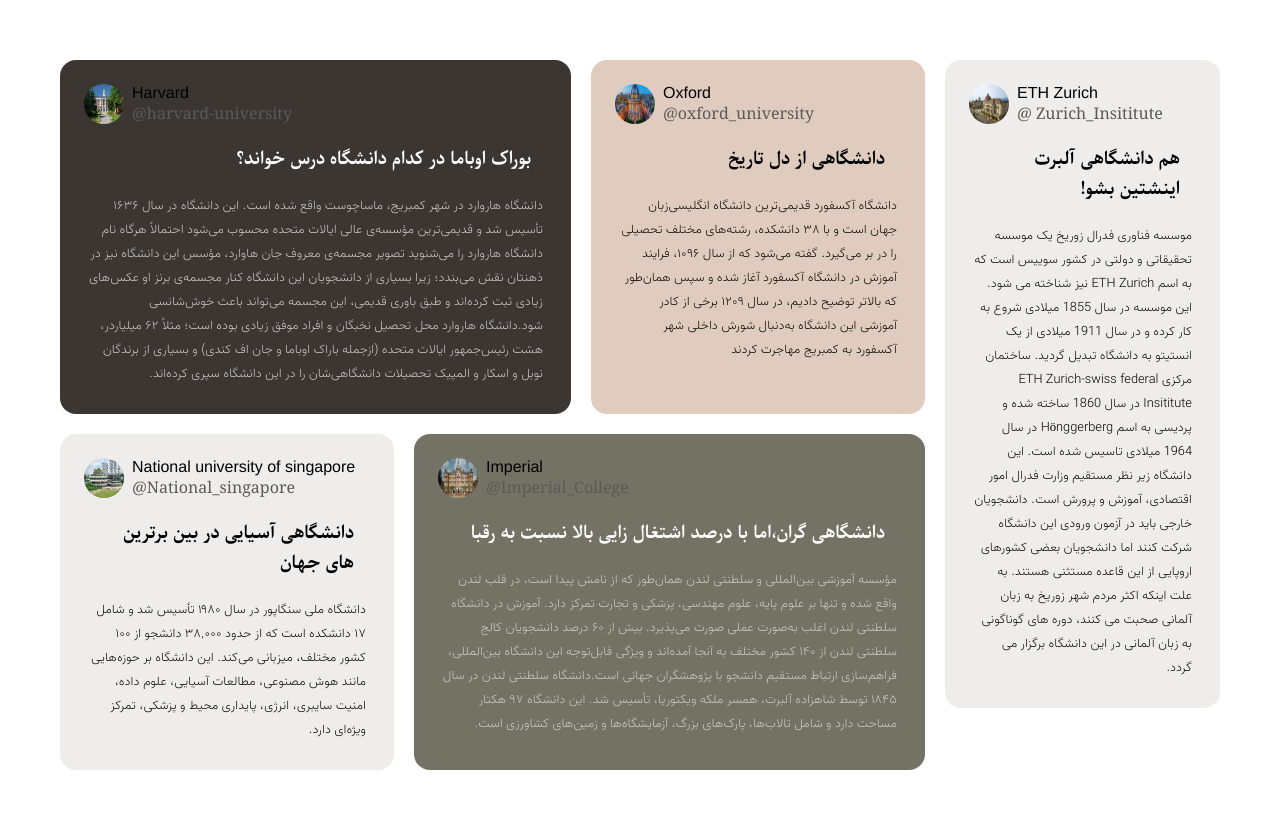
Repository: rahanwz/cards
Page: cards.html
An editor plug-in stored every save of this project. The page is shown before and after the next save, followed by the edit.
The browser window is 1280 px wide. The pictures show the whole page.

Above is the page before, as saved 2024-02-17 16:59:21.

### cards.html
<!DOCTYPE html>
<html lang="en">
  <head>
    <meta charset="UTF-8" />
    <meta name="viewport" content="width=device-width, initial-scale=1.0" />
    <title>Document</title>
    <link rel="stylesheet" href="cards.css" />
  </head>
  <body>
    <div class="container">
      <div class="boxcard1">
        <div class="cardcontainer big-card">
          <div class="card1">
            <div class="head">
              <div class="profile">
                <div class="profilecontaner">
                  <img
                    src="harvard-university-6591e0b9df73096be8d614ee.webp"
                    alt=""
                  />
                </div>
              </div>

              <div>
                <div class="user">Harvard</div>
                <div class="id">@harvard-university</div>
              </div>
            </div>
            <div class="descrip1" style="color: #ffffff;">بوراک اوباما در کدام دانشگاه درس خواند؟</div>
            <div class="descrip2" style=" color: #d0d0d0;">
              دانشگاه هاروارد در شهر کمبریج، ماساچوست واقع شده است. این دانشگاه
              در سال ۱۶۳۶ تأسیس شد و قدیمی‌ترین مؤسسه‌ی عالی ایالات متحده محسوب
              می‌شود احتمالاً هرگاه نام دانشگاه هاروارد را می‌شنوید تصویر
              مجسمه‌ی معروف جان هاوارد، مؤسس این دانشگاه نیز در ذهنتان نقش
              می‌بندد؛ زیرا بسیاری از دانشجویان این دانشگاه کنار مجسمه‌ی برنز او
              عکس‌های زیادی ثبت کرده‌اند و طبق باوری قدیمی، این مجسمه می‌تواند
              باعث خوش‌شانسی شود.دانشگاه هاروارد محل تحصیل نخبگان و افراد موفق
              زیادی بوده است؛ مثلاً ۶۲ میلیاردر، هشت‌ رئیس‌جمهور ایالات متحده
              (ازجمله باراک اوباما و جان اف کندی) و بسیاری از برندگان نوبل و
              اسکار و المپیک تحصیلات دانشگاهی‌شان را در این دانشگاه سپری
              کرده‌اند.
            </div>
          </div>
        </div>

        <div class="cardcontainer small-card">
          <div class="card2">
            <div class="head">
              <div class="profile">
                <div class="profilecontaner">
                  <img
                    src="oxford-university-jpg-6591b422df73096be8d6145c.webp"
                    alt=""
                  />
                </div>
              </div>
              <div>
                <div class="user">Oxford</div>
                <div class="id">@oxford_university</div>
              </div>
            </div>
            <div class="descrip1">دانشگاهی از دل تاریخ</div>
            <div class="descrip2">
              دانشگاه آکسفورد قدیمی‌ترین دانشگاه انگلیسی‌زبان جهان است و با ۳۸
              دانشکده، رشته‌های مختلف تحصیلی را در بر می‌گیرد. گفته می‌شود که از
              سال ۱۰۹۶، فرایند آموزش در دانشگاه آکسفورد آغاز شده و سپس همان‌طور
              که بالاتر توضیح دادیم، در سال ۱۲۰۹ برخی از کادر آموزشی این دانشگاه
              به‌دنبال شورش داخلی شهر آکسفورد به کمبریج مهاجرت کردند
            </div>
          </div>
        </div>

        <div class="cardcontainer small-card">
          <div class="card3">
            <div class="head">
              <div class="profile">
                <div class="profilecontaner">
                  <img src="nus-6591f1acdf73096be8d61515.webp" alt="" />
                </div>
              </div>

              <div>
                <div class="user">National university of singapore</div>
                <div class="id">@National_singapore</div>
              </div>
            </div>
            <div class="descrip1">دانشگاهی آسیایی در بین برترین های جهان</div>
            <div class="descrip2">
              دانشگاه ملی سنگاپور در سال ۱۹۸۰ تأسیس شد و شامل ۱۷ دانشکده‌ است که
              از حدود ۳۸٬۰۰۰ دانشجو از ۱۰۰ کشور مختلف، میزبانی می‌کند. این
              دانشگاه بر حوزه‌هایی مانند هوش مصنوعی، مطالعات آسیایی، علوم داده،
              امنیت سایبری، انرژی، پایداری محیط و پزشکی، تمرکز ویژه‌ای دارد.
            </div>
          </div>
        </div>
        <div class="cardcontainer big-card">
          <div class="card4">
            <div class="head">
              <div class="profile">
                <div class="profilecontaner">
                  <img
                    src="imperial-college-london-6591e911df73096be8d614fb.webp"
                    alt=""
                  />
                </div>
              </div>

              <div>
                <div class="user">Imperial</div>
                <div class="id">@Imperial_College</div>
              </div>
            </div>
            <div class="descrip1" style="color: #ffffff;">
              دانشگاهی گران،اما با درصد اشتغال زایی بالا نسبت به رقبا
            </div>
            <div class="descrip2" style="color: #cfcfcf;">
              مؤسسه آموزشی بین‌المللی و سلطنتی لندن همان‌طور که از نامش پیدا
              است، در قلب لندن واقع شده و تنها بر علوم پایه، علوم مهندسی، پزشکی
              و تجارت تمرکز دارد. آموزش در دانشگاه سلطنتی لندن اغلب به‌صورت عملی
              صورت می‌پذیرد. بیش از ۶۰ درصد دانشجویان کالج سلطنتی لندن از ۱۴۰
              کشور مختلف به آنجا آمده‌اند و ویژگی قابل‌توجه این دانشگاه
              بین‌المللی، فراهم‌سازی ارتباط مستقیم دانشجو با پژوهشگران جهانی
              است.دانشگاه سلطنتی لندن در سال ۱۸۴۵ توسط شاهزاده آلبرت، همسر ملکه
              ویکتوریا، تأسیس شد. این دانشگاه ۹۷ هکتار مساحت دارد و شامل
              تالاب‌ها، پارک‌های بزرگ، آزمایشگاه‌ها و زمین‌های کشاورزی است.
            </div>
          </div>
        </div>
      </div>
      <div class="boxcard2">
        <div class="cardcontainer">
          <div class="card5">
            <div class="head">
              <div class="profile">
                <div class="profilecontaner">
                  <img src="zurich-eth-6591f083df73096be8d6150c.webp" alt="" />
                </div>
              </div>

              <div>
                <div class="user">ETH Zurich</div>
                <div class="id">@ Zurich_Insititute</div>
              </div>
            </div>
            <div class="descrip1" ">هم دانشگاهی آلبرت اینشتین بشو!</div>
            <div class="descrip2">
              موسسه فناوری فدرال زوریخ یک موسسه تحقیقاتی و دولتی در کشور سوییس
              است که به اسم ETH Zurich نیز شناخته می شود. این موسسه در سال 1855
              میلادی شروع به کار کرده و در سال 1911 میلادی از یک انستیتو به
              دانشگاه تبدیل گردید. ساختمان مرکزی ETH Zurich-swiss federal
              Insititute در سال 1860 ساخته شده و پردیسی به اسم Hönggerberg در
              سال 1964 میلادی تاسیس شده است. این دانشگاه زیر نظر مستقیم وزارت
              فدرال امور اقتصادی، آموزش و پرورش است. دانشجویان خارجی باید در
              آزمون ورودی این دانشگاه شرکت کنند اما دانشجویان بعضی کشورهای
              اروپایی از این قاعده مستثنی هستند. به علت اینکه اکثر مردم شهر
              زوریخ به زبان آلمانی صحبت می کنند، دوره های گوناگونی به زبان
              آلمانی در این دانشگاه برگزار می گردد.
            </div>
          </div>
        </div>
      </div>
    </div>
  </body>
</html>

### cards.css
* {
  padding: 0;
  margin: 0;
  box-sizing: border-box;
}

.container {
  display: flex;
  flex-direction: column;
  width: 100%;
  height: auto;
  padding: 3rem 2.5rem;
}

.head {
  display: flex;
}

.cardcontainer {
  width: 100%;
  padding: 10px;
}

.card1 {
  background-color: #3c3633;
  padding: 1.5rem;
  border-radius: 1rem;
}
.profile img {
  width: 40px;
  height: 40px;
  margin-right: 0.5rem;
  border-radius: 50%;
}

.descrip {
  padding-top: 1.5rem;
}

.card2 {
  background-color: #e0ccbe;
  padding: 1.5rem;
  border-radius: 1rem;
}
.card3 {
  background-color: #eeedeb;
  padding: 1.5rem;
  border-radius: 1rem;
}
.card4 {
  padding: 1.5rem;
  border-radius: 1rem;
  background-color: #747264;
}

.card5 {
  background-color: #eeedeb;
  padding: 1.5rem;
  border-radius: 1rem;
}

@media (min-width: 1024px) {
  .container {
    flex-direction: row;
    padding: 50px;
    height: 100%;
  }

  .boxcard1 {
    display: flex;
    width: 75%;
    height:20%;
    flex-wrap: wrap;

  }

  .boxcard2 {
    width: 25%;
     height: 65%;
  }

  .big-card {
    width:60%;
  }
  .small-card {
    width:40%;
  }
  .card1,.card2,.card3,.card4,.card5{
    height: 100%;
  }

.descrip1,
.descrip2 {
  direction: rtl;
}

.descrip1{
 font-size: 1.1rem;
 padding: 1rem;
 font-family: titr;
}

.descrip2{
  padding: .25rem;
  font-size:.80rem;
  line-height:1.5rem;
  font-family:des;
}
.user{
  font-family: 'Franklin Gothic Medium', 'Arial Narrow', Arial, sans-serif;

}
.id{
   font-family:Cambria, Cochin, Georgia, Times, 'Times New Roman', serif;
   color: #5a5a5a;
}

}


@font-face{
  font-family:titr;
  src: url(font/Parastoo-Bold-FD-WOL.woff);
}



@font-face{
  font-family:des;
  src: url(font/Vazir-Thin.woff2);
}

After the next save:
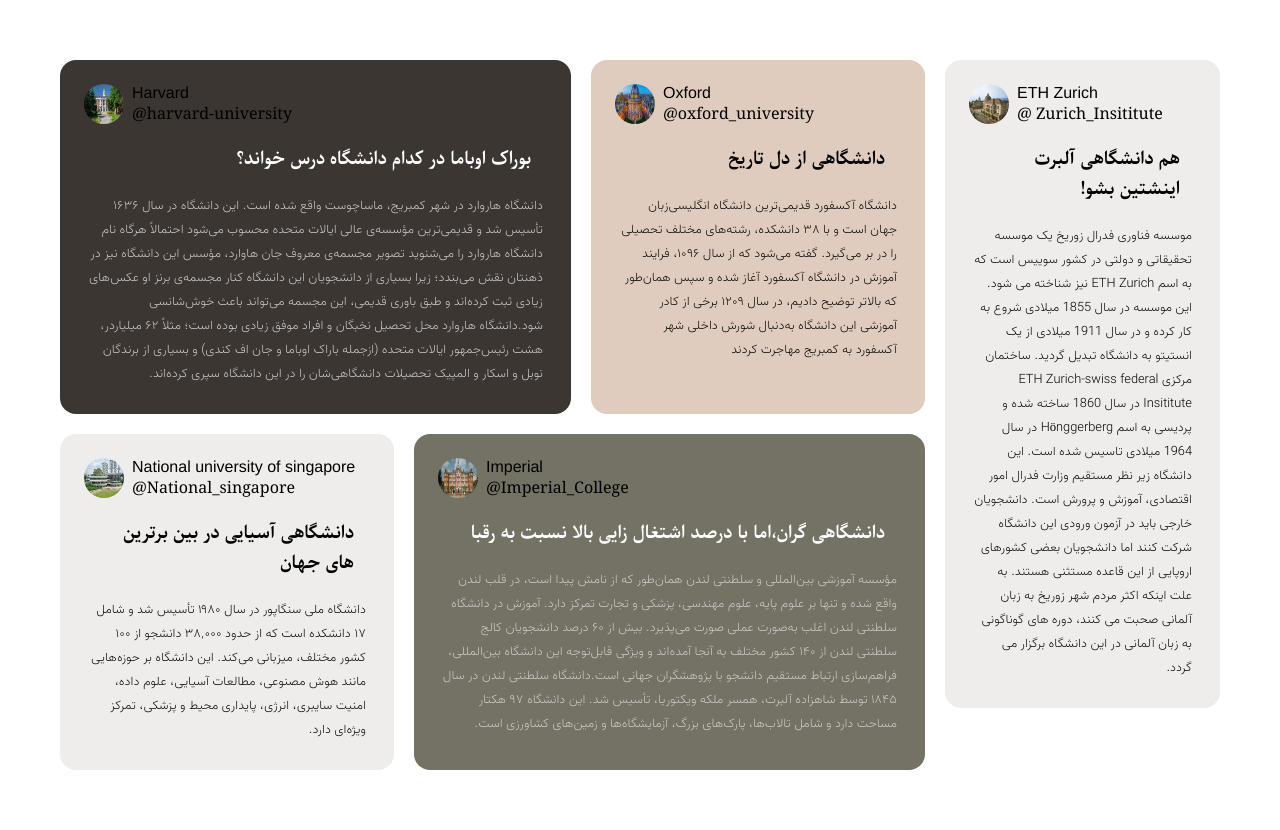
Saved 33 s later.
--- a/cards.css
+++ b/cards.css
@@ -112,7 +112,7 @@
 }
 .id{
    font-family:Cambria, Cochin, Georgia, Times, 'Times New Roman', serif;
-   color: #5a5a5a;
+
 }
 
 }
